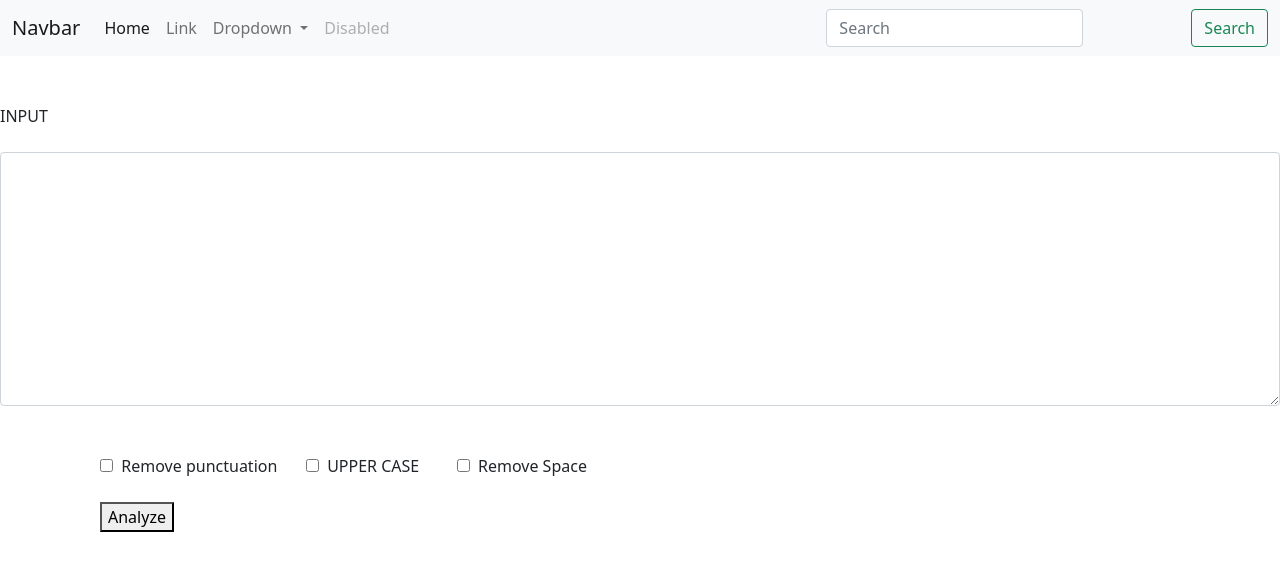
Repository: thenameisshreyank/Textutility
Page: http://localhost/
These files come from the project's save history. The page is drawn as it stood at one moment and after the next save; the edit follows.
The browser window is 1280 px wide. The pictures show the whole page.
The page is served by the project's application, run on Django 4.2 (manage.py).

Above is the page before, as saved 2022-04-15 09:08:50.

After the next save:
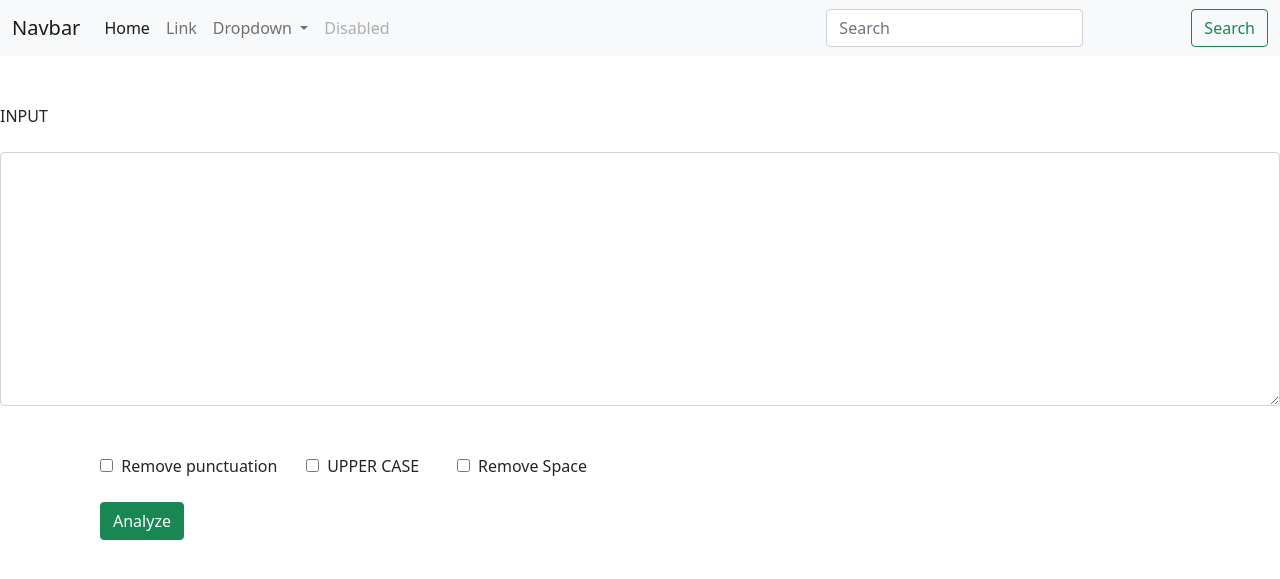
Saved 41 s later.
--- a/templates/index.html
+++ b/templates/index.html
@@ -69,7 +69,7 @@
         <input type="checkbox" id="rf" name="rf" value="true">&nbsp;&nbsp;Remove punctuation&nbsp;&nbsp;&emsp;
         <input type="checkbox" id="upper" name="upper" value="true">&nbsp;&nbsp;UPPER CASE&nbsp;&nbsp;&nbsp;&nbsp;&nbsp;&nbsp;&nbsp;&nbsp;
         <input type="checkbox" id="space" name="space" value="true">&nbsp;&nbsp;Remove Space&nbsp;&nbsp;
-        <br><br><button type="submit" class="btn-group" id="analyze">Analyze</button>
+        <br><br><button type="submit" class="btn btn-success" id="analyze">Analyze</button>
       </form>
 </body>
 </html>
